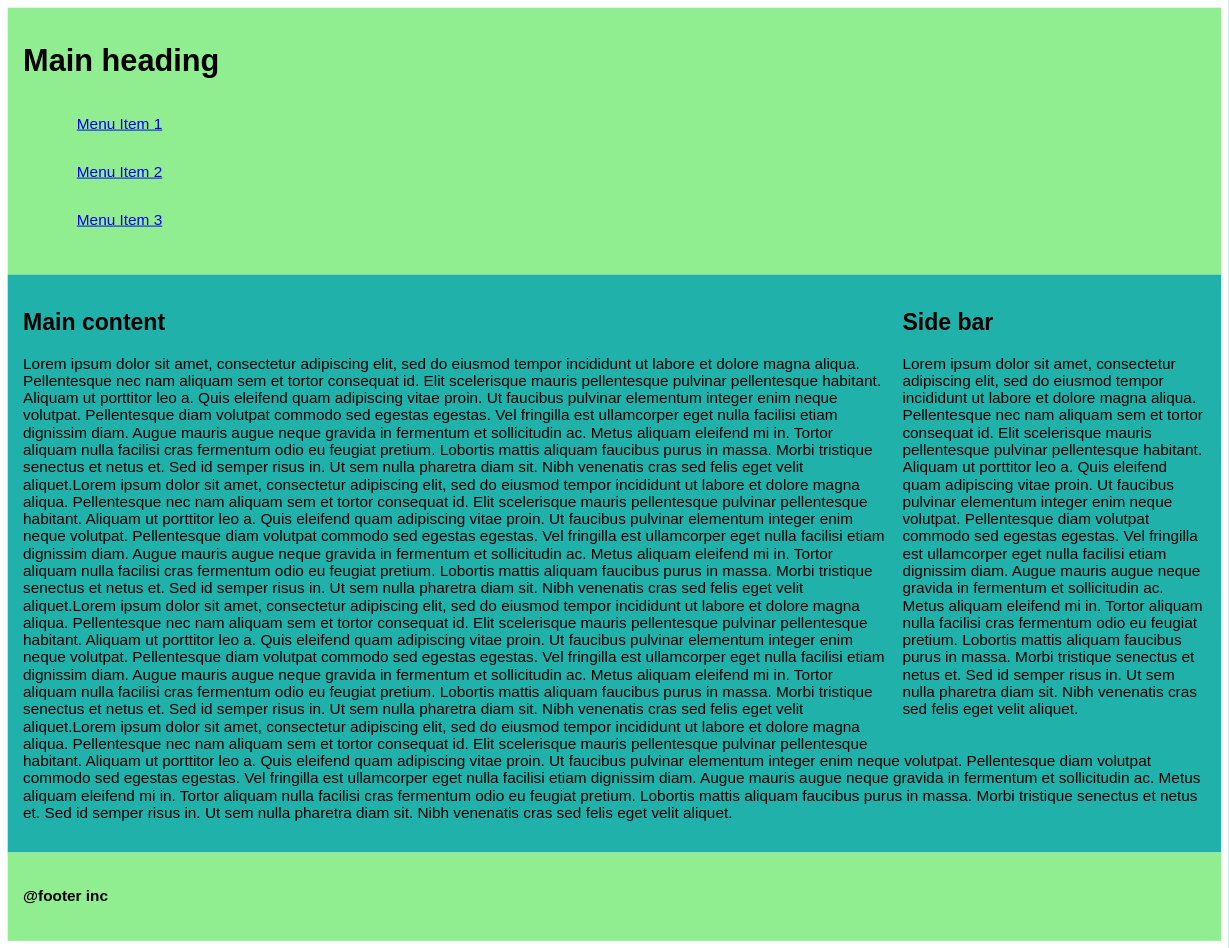
Repository: lasity34/first_layout
Page: index.html
The author's editor kept a copy of each file at every save. The page is drawn from the files as they stood at one save, then again after the next save.
The browser window is 1280 px wide. The pictures show the whole page, at 96% of full size.
The pointer rests on the first visible `.menu a`.

Above is the page before, as saved 2023-03-06 11:10:34.

After the next save:
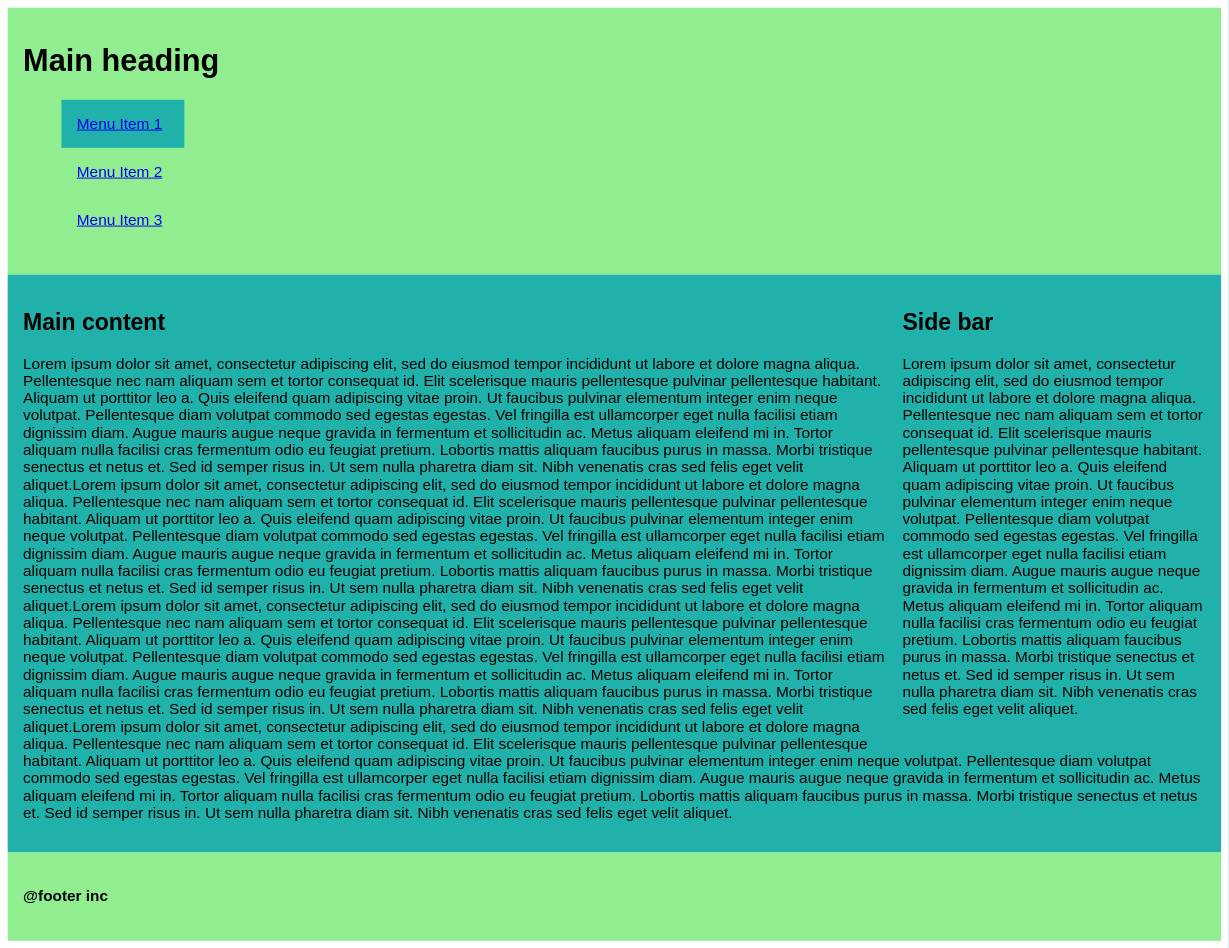
Saved 43 s later.
--- a/index.html
+++ b/index.html
@@ -49,6 +49,10 @@
             padding: 1em;
             display: block;
             width: 6em;
+        }
+
+        .menu a:hover {
+            background-color: lightseagreen;
         }
 
         @media (min-width: 800px) {
